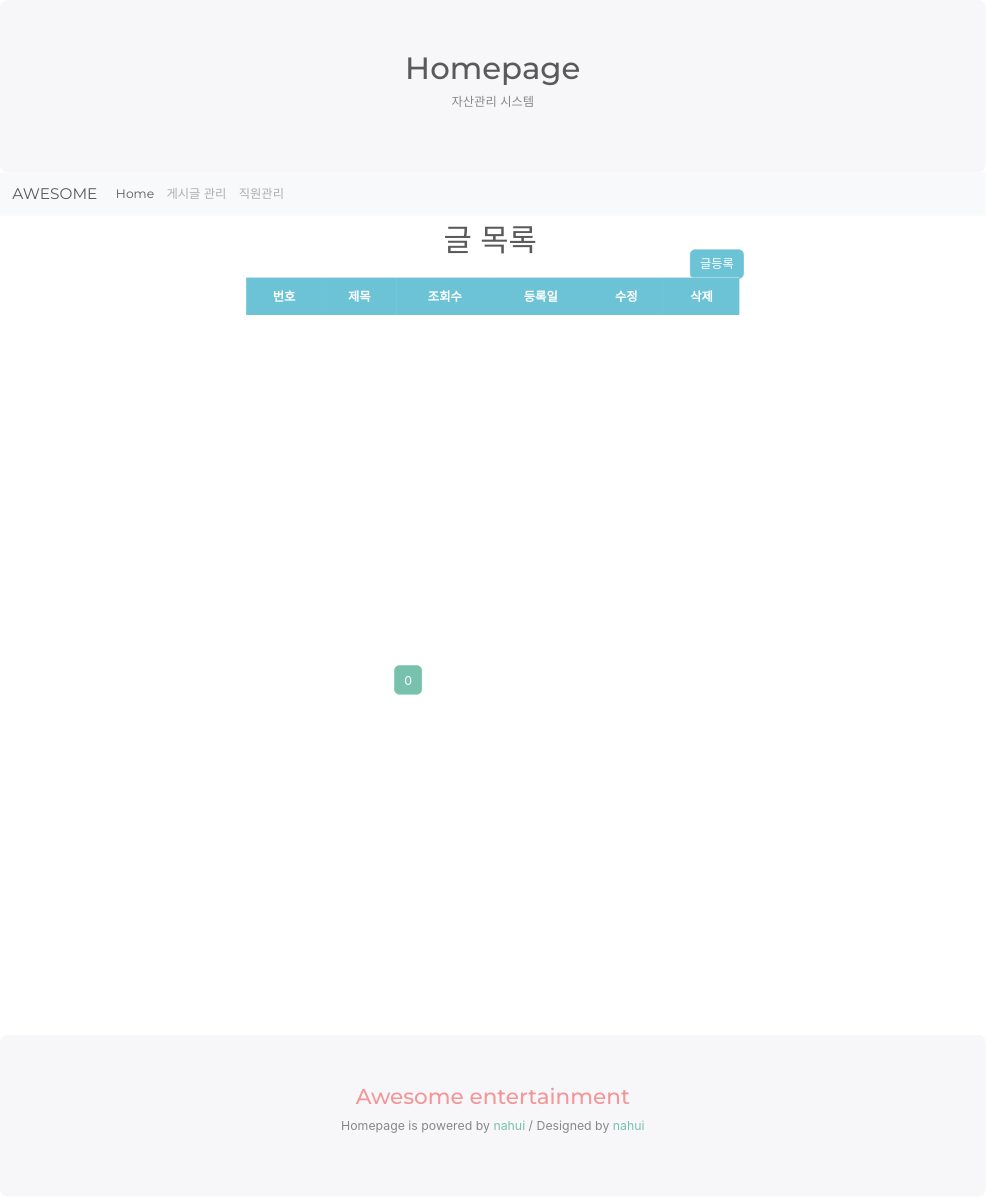
Repository: Nahui068/project1
Page: http://localhost/project1/WEB-INF/views/memberList.jsp
These files come from the project's save history. The page is drawn as it stood at one moment and after the next save; the edit follows.
The browser window is 1280 px wide. The pictures show the whole page, at 77% of full size.
The page is served by Tomcat 9. Nobody is signed in. The template is opened directly, without the code that normally fills it, so the values that code supplies are empty.

Above is the page before, as saved 2021-01-11 07:02:28.

After the next save:
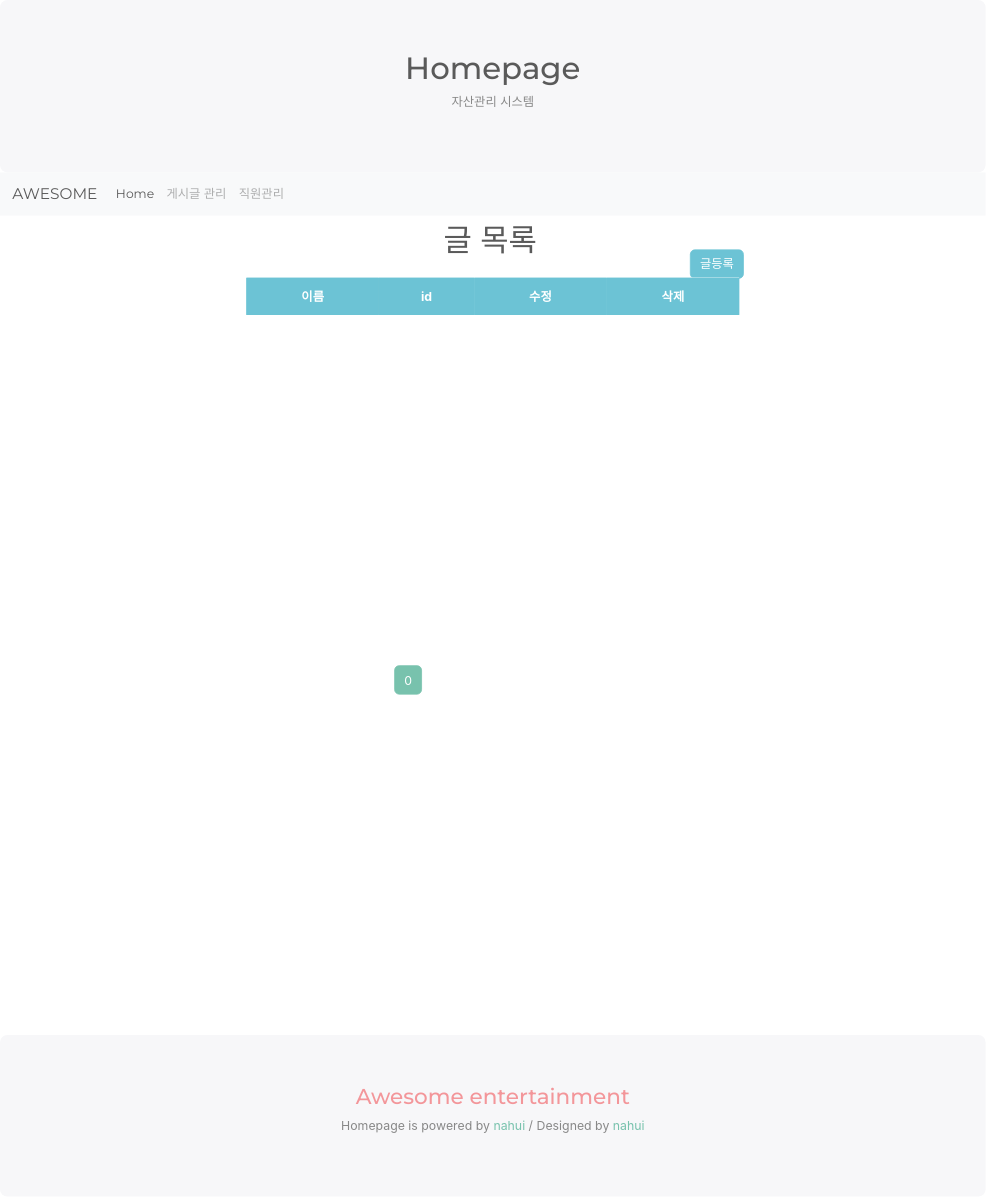
Saved 68 s later.
--- a/project1/src/main/webapp/WEB-INF/views/memberList.jsp
+++ b/project1/src/main/webapp/WEB-INF/views/memberList.jsp
@@ -64,10 +64,8 @@
 	<input type="button" class="btn btn-info" value="글등록" onClick="location.href='/project1/board_form'" style="position:absolute; top:45%; left:70%;">
 	<table class="table table-hover" style="position:absolute; top:50%; left:25%; width:50%;">
 		<tr class="table-info" style="text-align:center;">
-			<th>번호</th>
-			<th>제목</th>
-			<th>조회수</th>
-			<th>등록일</th>
+			<th>이름</th>
+			<th>id</th>
 			<th>수정</th>
 			<th>삭제</th>
 		</tr>
